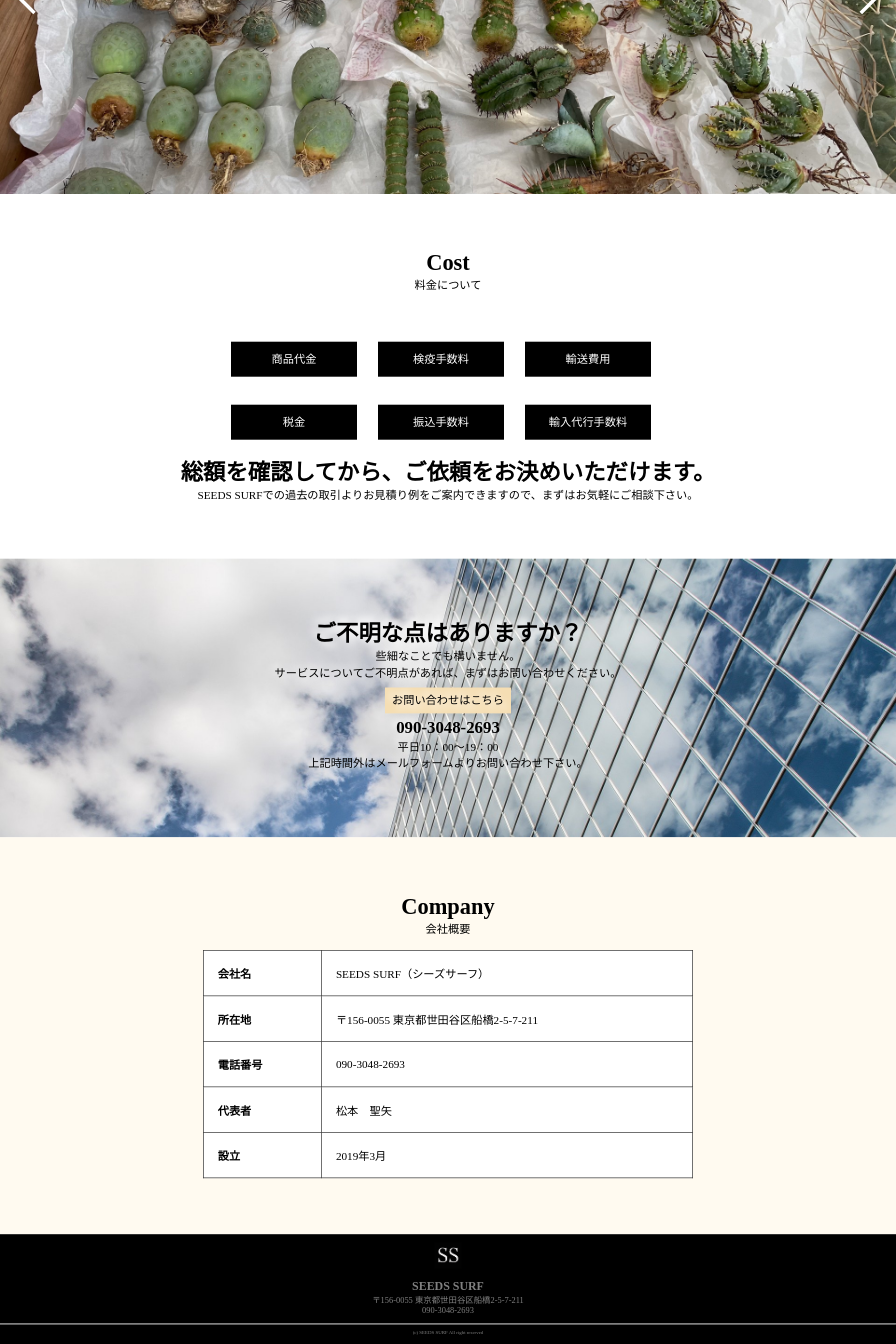
Repository: Seiya00002/seeds-surf-lp
Page: index.html
An editor plug-in stored every save of this project. The page is shown before and after the next save, followed by the edit.
The browser window is 1280 px wide. The pictures show the part of the page from y = 2173 to 4093 px (the page is 4093 px tall), at 70% of full size.

Above is the page before, as saved 2023-07-16 08:02:00.

After the next save:
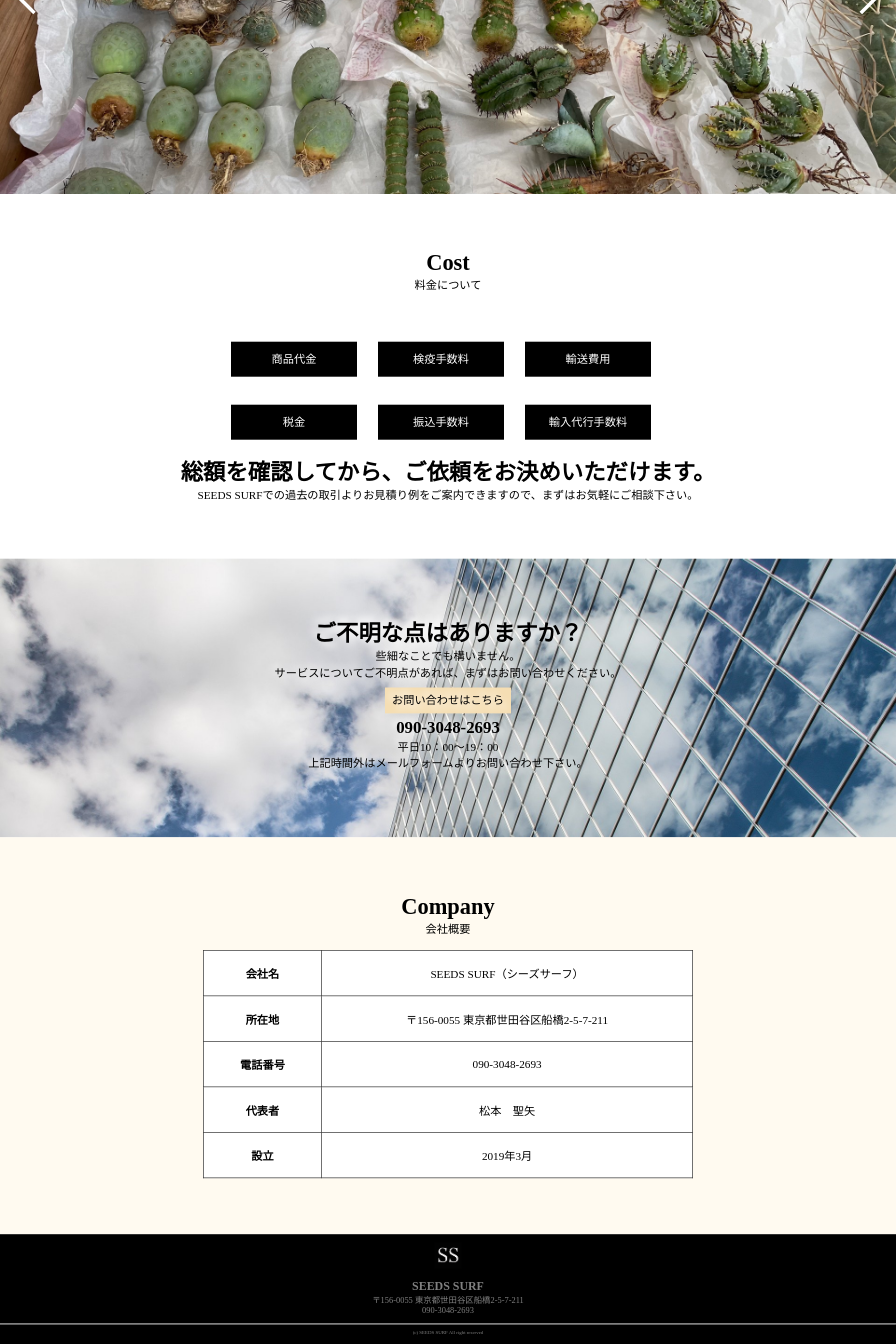
Saved 2 min 18 s later.
--- a/css/style.css
+++ b/css/style.css
@@ -272,7 +272,11 @@
 th, td {
     border: solid 1px #333;
     padding: 20px;
+}
+
+th.company {
     text-align: left;
+
 }
 
 

After the 2 saves that followed:
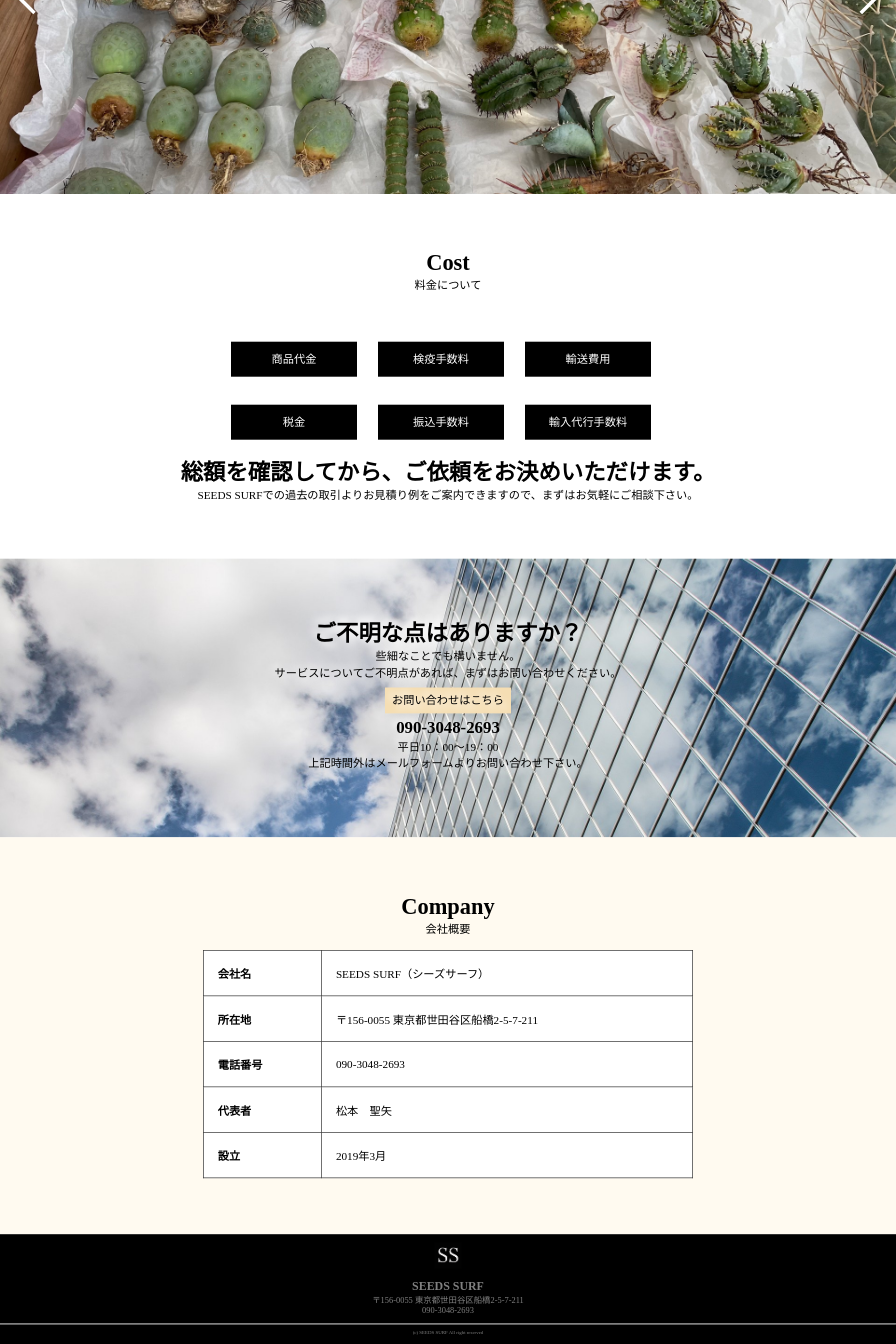
The 2 saves are shown as one change because 1 left the picture as it was.
The last was saved 102 s later.
--- a/css/style.css
+++ b/css/style.css
@@ -272,10 +272,10 @@
 th, td {
     border: solid 1px #333;
     padding: 20px;
+    text-align: left;
 }
 
 th.company {
-    text-align: left;
 
 }
 
